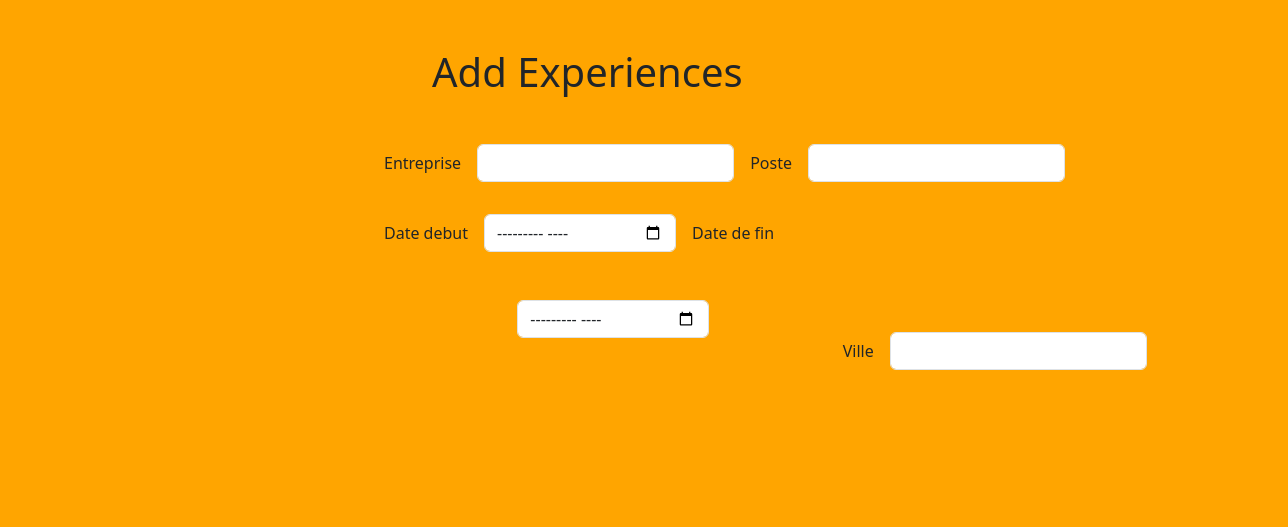
Repository: moAllElite/Examen-EJB-WEB-EAR
Page: http://localhost/SearchJobsWeb/views/exp_form_skills/addExp.jsp
These files come from the project's save history. The page is drawn as it stood at one moment and after the next save; the edit follows.
The browser window is 1280 px wide. The page is 1288 px wide, so the pictures cover 1288 px, including what lies to the right of the window. The pictures show the whole page.
The page is served by Tomcat 9. Nobody is signed in. The application's start-up code is not run. Other server files are loaded and not shown.

Above is the page before, as saved 2023-03-25 22:37:56.

### SearchJobsWeb/src/main/webapp/views/exp_form_skills/addExp.jsp
<%@ page language="java" contentType="text/html; charset=ISO-8859-1"
    pageEncoding="ISO-8859-1"%>
<!DOCTYPE html>
<html>
<head>
<meta charset="ISO-8859-1">
<title>Experience</title>
</head>
<body>
	<h1 class=" m-5">Add Experiences</h1>
	<form method="post" action="AddExperience">
		<jsp:include page="main.jsp"></jsp:include>
	</form>
</body>
</html>

### SearchJobsWeb/src/main/webapp/views/exp_form_skills/main.jsp
<%@ page language="java" contentType="text/html; charset=ISO-8859-1"
    pageEncoding="ISO-8859-1"%>
<!DOCTYPE html>
<html>
<head>
<meta charset="ISO-8859-1">
<title>Insert title here</title>
	 <link href="https://cdn.jsdelivr.net/npm/bootstrap@5.3.0-alpha1/dist/css/bootstrap.min.css" rel="stylesheet" integrity="sha384-GLhlTQ8iRABdZLl6O3oVMWSktQOp6b7In1Zl3/Jr59b6EGGoI1aFkw7cmDA6j6gD" crossorigin="anonymous">

	</head>
	<body  style="background-color: orange; margin-left: 30%;">
		<!-- Example Code -->
    	<div class=""d-flex justify-content-evenly mt-5">
	    <div class="row g-3 align-items-center sm-5">
		      <div class="col-auto">
		        <label for="inputPassword6" class="col-form-label">Entreprise</label>
		      </div>
			      <div class="col-auto">
			        <input type="text"  class="form-control" name="societe" name="" aria-describedby="addon-wrapping">
			      </div>
			      <div class="col-auto">
			      <label for="inputPassword6" class="col-form-label">Poste</label>
			    </div>
			    <div class="col-auto">
			      <input type="text"  class="form-control" name="poste" required="required" aria-describedby="addon-wrapping">
			    </div>
		  	</div>
		 </div>
		  	<!-- Example Code -->
	    <div class=""d-flex justify-content-evenly mt-5">
		    <div class="row g-3 align-items-center mt-3">
		      <div class="col-auto">
		        <label for="inputPassword6" class="col-form-label">Date debut</label>
		      </div>
		      <div class="col-auto">
		        <input type="month" name="datedb"  class="form-control" required="required"  aria-describedby="addon-wrapping">
		      </div>
		      <div class="col-auto">
		      <label for="inputPassword6" class="col-form-label">Date de fin</label>
		    </div>
		   </div>
		   <div class="d-flex justify-content-evenly mt-5">
		    <div class="col-auto">
		      <input type="month"  name="datefn" required="required" class="form-control"  aria-describedby="addon-wrapping">
		    </div>
		    <div class="row g-3 align-items-center mt-3">
		      <div class="col-auto">
		        <label for="inputPassword6" class="col-form-label">Ville</label>
		      </div>
		      <div class="col-auto">
		        <input type="text" name="ville"  class="form-control" required="required"  aria-describedby="addon-wrapping">
		      </div>
		      </div>
		  </div>

	  	<script src="https://cdn.jsdelivr.net/npm/@popperjs/core@2.11.6/dist/umd/popper.min.js" integrity="sha384-oBqDVmMz9ATKxIep9tiCxS/Z9fNfEXiDAYTujMAeBAsjFuCZSmKbSSUnQlmh/jp3" crossorigin="anonymous"></script>
		<script src="https://cdn.jsdelivr.net/npm/bootstrap@5.3.0-alpha1/dist/js/bootstrap.min.js" integrity="sha384-mQ93GR66B00ZXjt0YO5KlohRA5SY2XofN4zfuZxLkoj1gXtW8ANNCe9d5Y3eG5eD" crossorigin="anonymous"></script>

	</body>
</html>

After the next save:
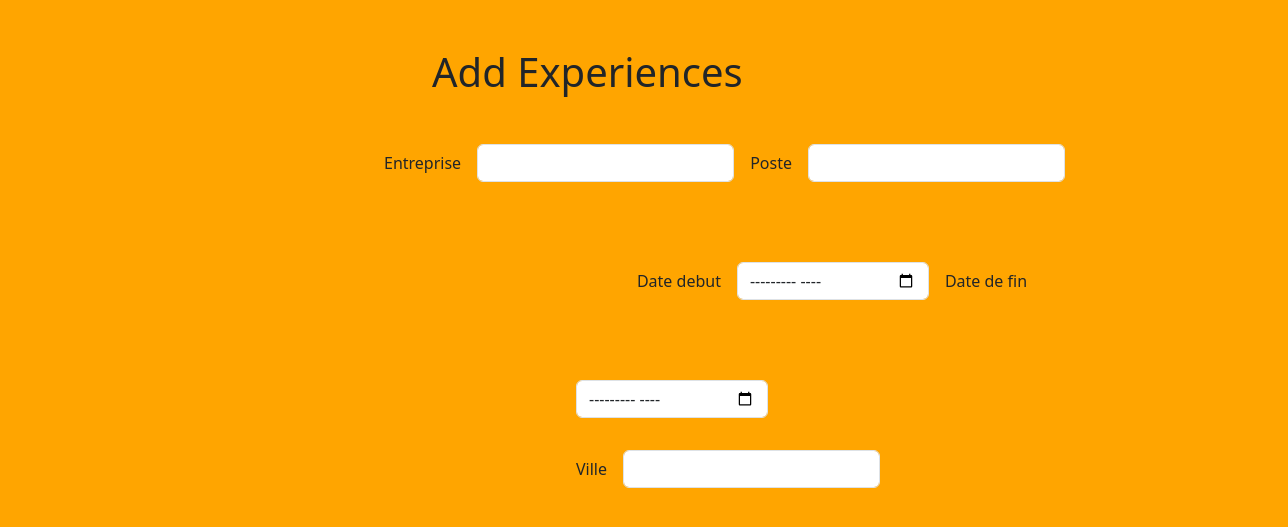
Saved 59 s later.
--- a/SearchJobsWeb/src/main/webapp/views/exp_form_skills/main.jsp
+++ b/SearchJobsWeb/src/main/webapp/views/exp_form_skills/main.jsp
@@ -27,7 +27,7 @@
 		  	</div>
 		 </div>
 		  	<!-- Example Code -->
-	    <div class=""d-flex justify-content-evenly mt-5">
+	    <div class="d-flex justify-content-evenly mt-5">
 		    <div class="row g-3 align-items-center mt-3">
 		      <div class="col-auto">
 		        <label for="inputPassword6" class="col-form-label">Date debut</label>
@@ -39,7 +39,9 @@
 		      <label for="inputPassword6" class="col-form-label">Date de fin</label>
 		    </div>
 		   </div>
+	</div>
 		   <div class="d-flex justify-content-evenly mt-5">
+		    <div class="row g-3 align-items-center mt-3">
 		    <div class="col-auto">
 		      <input type="month"  name="datefn" required="required" class="form-control"  aria-describedby="addon-wrapping">
 		    </div>
